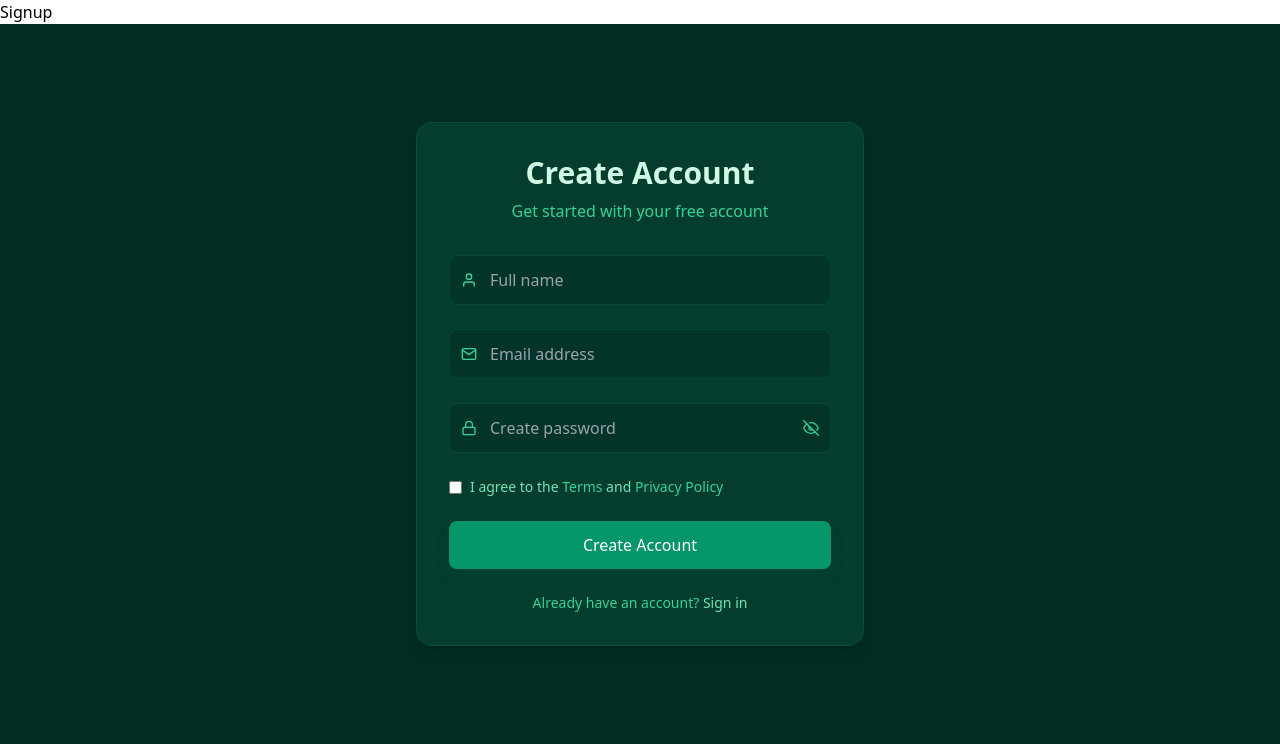
Repository: alizey12/DevLinker-Developer-Portfolio-Builder
Page: /signup
These files come from the project's save history. The page is drawn as it stood at one moment and after the next save; the edit follows.
The browser window is 1280 px wide. The pictures show the whole page.
The project was rebuilt for these pictures with package versions that can differ from the ones it lists, and the page was loaded fresh each time. Also part of the build but not shown: vite.config.js, src/Components/Sidebar.jsx, src/Components/Layout/DashboardLayout.jsx, src/Pages/Login.jsx, src/Pages/Portfolio.jsx, src/Pages/Page404.jsx, src/Pages/Dashboard/Profile.jsx, src/Pages/Dashboard/Skills.jsx and 3 more.

Above is the page before, as saved 2025-06-30 14:56:33.

### src/main.jsx
import { StrictMode } from 'react'

import { createRoot } from 'react-dom/client'
import './index.css'
import App from './App.jsx'
import { BrowserRouter } from 'react-router'

createRoot(document.getElementById('root')).render(
  <StrictMode>
  <BrowserRouter>
    <App />
    </BrowserRouter>
  </StrictMode>,
)

### src/App.jsx
import AppRoutes from "./Routes/AppRoutes";

function App() {
  return (
    <>
<AppRoutes />
    </>
  )
}

export default App

### src/Routes/AppRoutes.jsx
import React from 'react';
import { Routes, Route } from 'react-router';

import DashboardLayout from '../Components/Layout/DashboardLayout';
import Login from '../Pages/Login';
import Signup from '../Pages/Signup';
import Portfolio from '../Pages/Portfolio';
import Page404 from "../Pages/Page404";

import Profile from '../Pages/Dashboard/Profile';
import Skills from '../Pages/Dashboard/Skills';
import Projects from '../Pages/Dashboard/Project';
import Settings from '../Pages/Dashboard/Setting';
import Home from '../Pages/Home';

const AppRoutes = () => {
  return (
    <Routes>
      {/* Public Routes */}
      <Route path='/' element={<Home />} />
      <Route path='/login' element={<Login />} />
      <Route path='/signup' element={<Signup />} />
      <Route path='/portfolio/:username' element={<Portfolio />} />

      {/* Dashboard Routes */}
      <Route path='/dashboard' element={<DashboardLayout />}>
        <Route path="profile" element={<Profile />} />
        <Route path="skills" element={<Skills />} />
        <Route path="projects" element={<Projects />} />
        <Route path="settings" element={<Settings />} />
      </Route>

      {/* 404 Page */}
      <Route path='*' element={<Page404 />} />
    </Routes>
  );
};

export default AppRoutes;

### src/Pages/Signup.jsx
import React from 'react'
import { FiUser, FiMail, FiLock, FiEyeOff } from 'react-icons/fi';

const Signup = () => {
  return (
    <div>
      <h1>Signup</h1>


    <div className="min-h-screen bg-emerald-950 flex items-center justify-center p-4">
      <div className="w-full max-w-md bg-emerald-900/50 backdrop-blur-sm rounded-2xl overflow-hidden shadow-lg border border-emerald-800/50">
        <div className="p-8">
          <div className="text-center mb-8">
            <h1 className="text-3xl font-bold text-emerald-100 mb-2">Create Account</h1>
            <p className="text-emerald-400">Get started with your free account</p>
          </div>

          <form className="space-y-6">
            {/* Name Input */}
            <div className="relative">
              <div className="absolute inset-y-0 left-0 pl-3 flex items-center pointer-events-none">
                <FiUser className="text-emerald-400" />
              </div>
              <input
                type="text"
                placeholder="Full name"
                className="w-full pl-10 pr-4 py-3 bg-emerald-950/50 border border-emerald-800/50 text-emerald-100 rounded-lg focus:ring-2 focus:ring-emerald-500 focus:border-transparent transition-all"
              />
            </div>

            {/* Email Input */}
            <div className="relative">
              <div className="absolute inset-y-0 left-0 pl-3 flex items-center pointer-events-none">
                <FiMail className="text-emerald-400" />
              </div>
              <input
                type="email"
                placeholder="Email address"
                className="w-full pl-10 pr-4 py-3 bg-emerald-950/50 border border-emerald-800/50 text-emerald-100 rounded-lg focus:ring-2 focus:ring-emerald-500 focus:border-transparent transition-all"
              />
            </div>

            {/* Password Input */}
            <div className="relative">
              <div className="absolute inset-y-0 left-0 pl-3 flex items-center pointer-events-none">
                <FiLock className="text-emerald-400" />
              </div>
              <input
                type="password"
                placeholder="Create password"
                className="w-full pl-10 pr-12 py-3 bg-emerald-950/50 border border-emerald-800/50 text-emerald-100 rounded-lg focus:ring-2 focus:ring-emerald-500 focus:border-transparent transition-all"
              />
              <div className="absolute inset-y-0 right-0 pr-3 flex items-center">
                <FiEyeOff className="text-emerald-400" />
              </div>
            </div>

            {/* Terms Checkbox */}
            <label className="flex items-start">
              <input
                type="checkbox"
                className="mt-1 rounded-sm bg-emerald-950/50 border-emerald-700 text-emerald-500 focus:ring-emerald-600"
              />
              <span className="ml-2 text-sm text-emerald-300">
                I agree to the <a href="#" className="text-emerald-400 hover:underline">Terms</a> and <a href="#" className="text-emerald-400 hover:underline">Privacy Policy</a>
              </span>
            </label>

            {/* Sign Up Button */}
            <button
              type="submit"
              className="w-full py-3 px-4 bg-emerald-600 hover:bg-emerald-500 text-white font-medium rounded-lg transition-all shadow-lg shadow-emerald-900/30"
            >
              Create Account
            </button>

            {/* Login Link */}
            <div className="text-center text-sm text-emerald-400">
              Already have an account?{' '}
              <a href="/login" className="font-medium text-emerald-300 hover:text-emerald-200">
                Sign in
              </a>
            </div>
          </form>
        </div>
      </div>
    </div>
    </div>
  )
}

export default Signup

Loaded but not shown: index.html (common file); src/index.css (common file); tailwind.config.js (common file)

After the next save:
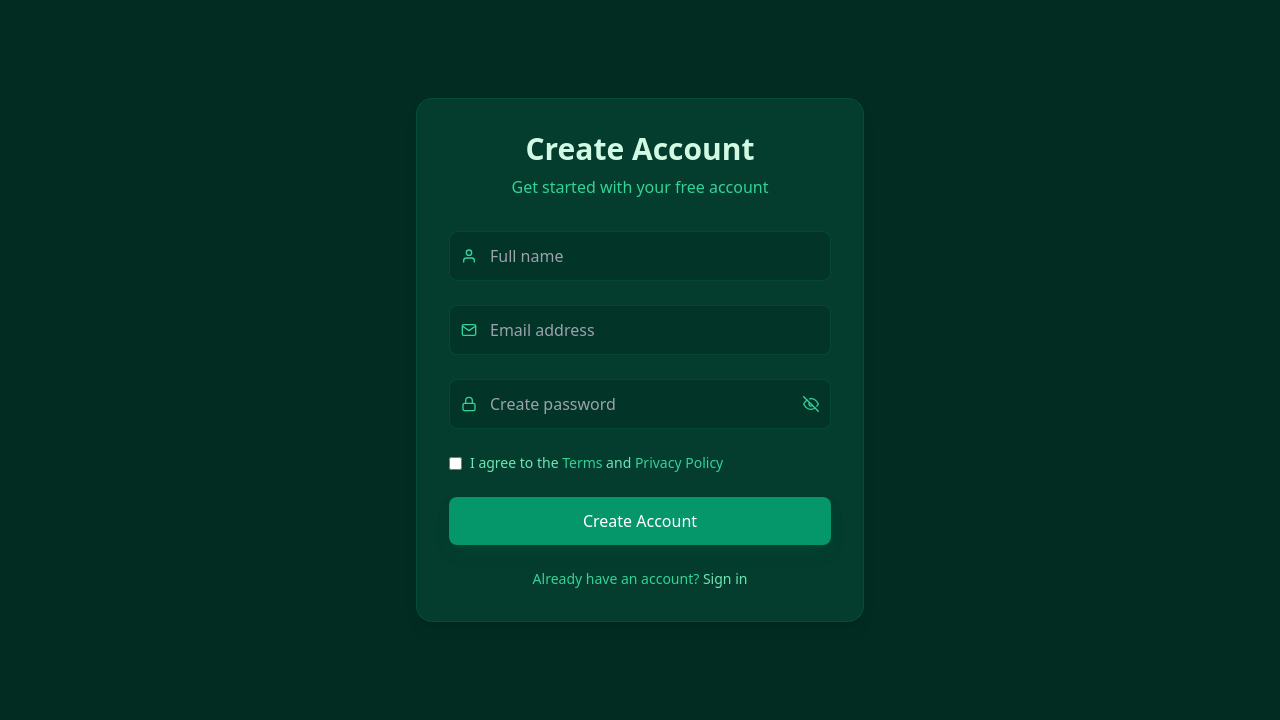
Saved 69 s later.
--- a/src/Pages/Signup.jsx
+++ b/src/Pages/Signup.jsx
@@ -4,7 +4,6 @@
 const Signup = () => {
   return (
     <div>
-      <h1>Signup</h1>
 
 
     <div className="min-h-screen bg-emerald-950 flex items-center justify-center p-4">
